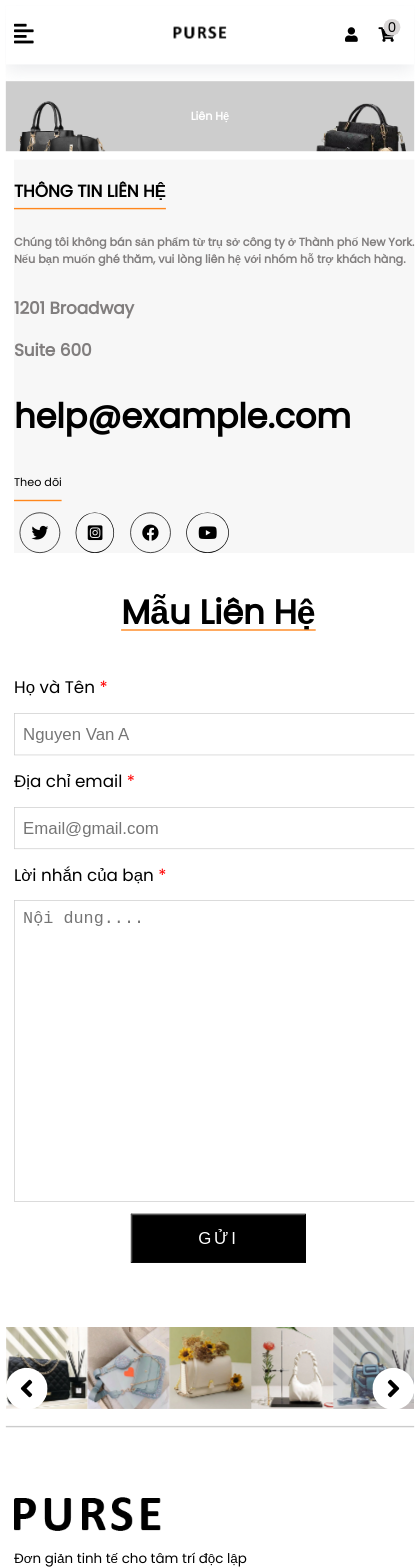
Repository: minh352623/project_firebase
Page: contact.html
An editor plug-in stored every save of this project. The page is shown before and after the next save, followed by the edit.
The browser window is 600 px wide. The pictures show the part of the page from y = 0 to 2240 px (the page is 3164 px tall before and 3188 px after), at 70% of full size.
Some web libraries are served in a nearby version.

Above is the page before, as saved 2022-05-12 20:16:31.

### contact.html
<!DOCTYPE html>
<html lang="en">

<head>
  <meta charset="UTF-8" />
  <meta http-equiv="X-UA-Compatible" content="IE=edge" />
  <meta name="viewport" content="width=device-width, initial-scale=1.0" />
  <link rel="icon" href="./assets/img/logo.webp">

  <link rel="stylesheet" href="https://cdnjs.cloudflare.com/ajax/libs/font-awesome/5.15.4/css/all.min.css"
    integrity="sha512-1ycn6IcaQQ40/MKBW2W4Rhis/DbILU74C1vSrLJxCq57o941Ym01SwNsOMqvEBFlcgUa6xLiPY/NS5R+E6ztJQ=="
    crossorigin="anonymous" referrerpolicy="no-referrer" />
  <link rel="preconnect" href="https://fonts.googleapis.com" />
  <link rel="preconnect" href="https://fonts.gstatic.com" crossorigin />
  <link href="https://fonts.googleapis.com/css2?family=Poppins&display=swap" rel="stylesheet" />
  <link rel="stylesheet" href="./assets/css/base.css" />
  <link rel="stylesheet" type="text/css" href="https://cdn.jsdelivr.net/npm/slick-carousel@1.8.1/slick/slick.css" />
  <link rel="stylesheet" href="./assets/css/main.css" />
  <link rel="stylesheet" href="./assets/css/contact.css">
  <link rel="stylesheet" href="./assets/css/reponsive.css">

  <title>Liên Hệ</title>
</head>

<body>
  <div class="app">
    <div class="header">
      <div class="navbar">
        <div class="icon-mobile-menu">
          <i class="fas fa-align-left"></i>
        </div>
        <div class="navbar-logo">
          <a href="#">
            <img src="./assets/img/logo.webp" alt="" />
          </a>
        </div>
        <div class="navbar-link ">
          <ul class="navbar-link-list">
            <li class="navbar-link-item mobile-hello"></li>

            <li><a href="trangchu.html" class="navbar-link-item">Trang Chủ</a></li>
            <li><a href="introduce.html" class="navbar-link-item">Giới Thiệu</a></li>
            <li class="link-hover">
              <a href="./product.html" class="navbar-link-item">Sản Phẩm<i class="fas fa-angle-down"></i></a>
              <ul class="product-selsect">
                <li><a href="">Yêu Thích</a></li>
                <li><a href="">Giảm Giá</a></li>
              </ul>
            </li>
            <li><a href="contact.html" class="navbar-link-item">Liên Hệ</a></li>
            <li><a href="" class="navbar-link-item">Thanh Toán</a></li>
            <li><a href="./register.html" class="navbar-link-item delete-log mobile-register">Đăng ký</a></li>
            <li><a href="./index.html" class="navbar-link-item delete-log mobile-login">Đăng nhập</a></li>
            <li><a href="./index.html" class="navbar-link-item mobile-exit">Thoát</a></li>
          </ul>
        </div>

        <div class="navbar-icon">
          <div class="navbar-log">
            <div class="log-in">
              <span>
                <a class="log-in-icon" href="./index.html">
                  Đăng nhập
                </a>
              </span>
            </div>
            <div class="register">
              <span class="register-char">/</span>
              <span><a class="register-icon" href="./register.html">Đăng ký</a></span>
            </div>
          </div>
          <div class="hello ">
            <span>Chào!</span>
            <span class="name-user "></span>
            <span >|</span>
            <a href="./index.html" class="exit">Thoát</a>
          </div>
          <div class="navbar-icon-list">
            <a href="./user.html " class="navbar-icon-item user-icon">
              <i class="fas fa-user"></i>
            </a>
            <span class="navbar-icon-item cart">
              <i class="fas fa-cart-plus"></i>
              <span class="quantity-item">0</span>

            </span>
            <span class="navbar-icon-item search">
              <i class="fas fa-search"></i>
            </span>
          </div>
        </div>
      </div>
    </div>

    <div class="main">
      <div class="contact-banner">
        <h2 class="contact-title">
          Liên Hệ
        </h2>
        <div class="contact-link none">
          <span>Trang chủ</span>
          <span>></span>
          <span>Liên hệ</span>

        </div>
      </div>
      <div class="contact-container">
        <div class="contact-top">
          <div class="contact-top__layout">
            <div class="contact-info">
              <h2 class="contact-info-border">THÔNG TIN LIÊN HỆ</h2>
              <p class="contact-content">Chúng tôi không bán sản phẩm từ trụ sở công ty
                ở Thành phố New York. Nếu bạn muốn ghé thăm, vui lòng liên hệ với nhóm hỗ trợ khách hàng.</p>
              <div>

                <p>1201 Broadway</p>
                <p> Suite 600</p>
              </div>
              <h2 class="contact-email">help@example.com</h2>
              <p class="contact-info-border">Theo dõi</p>

              <div class="contact-info__icon">
                <span class="contact-info__icon-tw">
                  <i class="fab fa-twitter"></i>
                </span>
                <span class="contact-info__icon-insta">
                  <i class="fab fa-instagram-square"></i>
                </span>
                <span class="contact-info__icon-face">
                  <i class="fab fa-facebook"></i>
                </span>
                <span class="contact-info__icon-youtube">
                  <i class="fab fa-youtube"></i>
                </span>
              </div>


            </div>
            <div class="contact-images ">
              <img src="./assets/img/contact/contact-bn2.png" alt="">
            </div>
          </div>

        </div>
        <div class="contact-form">
          <h1>Mẫu Liên Hệ</h1>
          <form class="contact-form-content">
            <div class="contact-form-content-top">
              <div class="contact-form-content-left">
                <div class="contact-form-content-item">
                  <p>Họ và Tên</p>
                  <span>*</span>
                </div>
                <input required type="text" placeholder="Nguyen Van A">
              </div>
              <div class="contact-form-content-right">
                <div class="contact-form-content-item">
                  <p>Địa chỉ email</p>
                  <span>*</span>
                </div>
                <input required type="email" placeholder="Email@gmail.com">
              </div>
            </div>
            <div class="contact-form-content-bot">
              <div class="contact-form-content-item">
                <p>Lời nhắn của bạn</p>
                <span>*</span>
              </div>
              <textarea required name="" id="" cols="50" rows="15" placeholder="Nội dung...."></textarea>
            </div>
            <div class="contact-form-content-btn">
              <button type="submit">GỬI</button>
            </div>

          </form>
        </div>

      </div>
      <div class="contact-instagram">
        <div class="contact-instagram-list">
          <div class="contact-instagram-list-item">
            <img src="./assets/img/contact/instagram1.webp" alt="">
            <div class="contact-instagram-list-item-hover">
              <i class="fab fa-instagram"></i>
            </div>
          </div>
          <div class="contact-instagram-list-item">
            <img src="./assets/img/contact/instagram2.webp" alt="">
            <div class="contact-instagram-list-item-hover">
              <i class="fab fa-instagram"></i>
            </div>
          </div>
          <div class="contact-instagram-list-item">
            <img src="./assets/img/contact/instagram3.webp" alt="">
            <div class="contact-instagram-list-item-hover">
              <i class="fab fa-instagram"></i>
            </div>
          </div>
          <div class="contact-instagram-list-item">
            <img src="./assets/img/contact/instagram4.webp" alt="">
            <div class="contact-instagram-list-item-hover">
              <i class="fab fa-instagram"></i>
            </div>
          </div>
          <div class="contact-instagram-list-item">
            <img src="./assets/img/contact/instagram5.webp" alt="">
            <div class="contact-instagram-list-item-hover">
              <i class="fab fa-instagram"></i>
            </div>
          </div>
          <div class="contact-instagram-list-item">
            <img src="./assets/img/contact/instagram6.webp" alt="">
            <div class="contact-instagram-list-item-hover">
              <i class="fab fa-instagram"></i>
            </div>
          </div>
          <div class="contact-instagram-list-item">
            <img src="./assets/img/contact/instagram7.webp" alt="">
            <div class="contact-instagram-list-item-hover">
              <i class="fab fa-instagram"></i>
            </div>
          </div>



        </div>


      </div>

    </div>

    <div class="footer">
      <div class="footer-content">
        <div class="footer-content-item">
          <div class="footer-content-img">
            <img src="./assets/img/logo.webp" alt="">
          </div>
          <p>Đơn giản tinh tế cho tâm trí độc lập</p>
          <div class="footer-content-icon">
            <a href="#"><i class="fab fa-twitter"></i></a>
            <a href="#"><i class="fab fa-facebook"></i></a>

            <a href="#"><i class="fab fa-instagram-square"></i></a>

          </div>
        </div>
        <div class="footer-content-item">
          <div class="footer-content-item-title">
            <span>Trợ Giúp & Thông Tin</span>
            <ul class="footer-content-item-list">
              <li>Hướng dẫn mua hàng</li>
              <li>Hướng dẫn thanh toán</li>
              <li>Chính sách bảo hành</li>
              <li>Chính sách đổi trả</li>
              <li>Tư vấn khách hàng</li>
            </ul>
          </div>
        </div>
        <div class="footer-content-item">
          <div class="footer-content-item-title">
            <span>Về Chúng Tôi</span>
            <ul class="footer-content-item-list">
              <li>Giới thiệu</li>
              <li>Tin khuyến mãi</li>
              <li>Liên hệ</li>
              <li>Địa chỉ cửa hàng</li>
              <li>Chính sách bảo mật </li>
            </ul>
          </div>
        </div>
        <div class="footer-content-item">
          <div class="footer-content-item-title">
            <span>Hỗ trợ khách hàng</span>
            <ul class="footer-content-item-list">
              <li>Tài khoản</li>
              <li>Giỏ hàng</li>
              <li>Thanh toán</li>
              <li>Kiểm tra đơn hàng</li>
              <li>Cảm nhận khách hàng</li>
            </ul>
          </div>
        </div>

      </div>



    </div>
  </div>
  <div class="model-cart ">
    <div class="cart-container">
      <div class="cart-top">
        <div class="clear cart-top-close">
          <i class="fas fa-times"></i>
        </div>
        <div class="cart-top-title">
          <span>Giỏ Hàng</span>
        </div>
        <div class="cart-top-quantity">
          <span>1</span>
        </div>

      </div>

      <div class="array-empty"></div>
      <div class="cart-center">
      </div>

      <div class="cart-bottom">
        <div class="cart-bottom-price">
          <span>Tổng tiền:</span>
          <span class="total-price">0</span>
        </div>

        <div class="cart-bottom-btn">
          <a href="#"> <button>Xem giỏ hàng</button></a>
          <a href="#"> <button>Thanh toán</button></a>

        </div>
      </div>
    </div>

  </div>

  <script type="text/javascript" src="https://code.jquery.com/jquery-1.11.0.min.js"></script>
  <script type="text/javascript" src="https://code.jquery.com/jquery-migrate-1.2.1.min.js"></script>
  <script type="text/javascript" src="https://cdn.jsdelivr.net/npm/slick-carousel@1.8.1/slick/slick.min.js"></script>
  <script src="./js/slick.js"></script>
  <script src="./js/main.js" type="module"></script>
  <script src="./js/user.js"></script>

</body>

</html>

### assets/css/base.css
:root{
    --background-main:#e4e4e4;
    --hover-color:#ff871d ;
    --white-color:#fff;
    --text-color: #000;

}

*{
    box-sizing:  border-box;
}

html{
    /* 16px */
    font-size: 100%;
    line-height: 1.6rem;
    font-family: 'Poppins', sans-serif;
    scroll-behavior: smooth;
}

### assets/css/contact.css
.contact-banner{
    background-image: url('../img/contact/contact-bn1.png');
    background-size: contain;
    height: 60vh;
    display: flex;
    flex-direction: column;
    justify-content: center;
    align-items: center;
}

.contact-title {
    color: #fff;
    font-size: 3rem;
}
.contact-link {
    font-size: 1.5rem;
    color: #fff;


}
.contact-container{

    width: 80%;
    margin: 24px auto;
}
.contact-top{
    display: flex;
    justify-content: center;
}
.contact-top__layout{
    display: grid;
    grid-template-columns: 1fr 1fr;
    background-color: #f7f7f7;
    padding: 8px;
}
.contact-info{
    padding: 0 30px;
    display: flex;
    flex-direction: column;
    justify-content: space-between;

}

.contact-images img{
    width: 100%;
    height: 100%;
    object-fit: cover;
}
.contact-info >div,
.contact-content{
    font-weight: 600;
    color: rgb(129, 126, 126);
    font-size: 1.5rem;
    line-height: 1.5;

}
.contact-email{
    font-size: 3rem;
}
.contact-info > p:nth-child(2){
    font-size: 1.4rem;
}


.contact-info__icon i{
    margin: 0 8px;
    padding: 16px;
    border: 1px solid #000;
    border-radius:50%;
    color: #000;
    cursor: pointer;

}
.contact-info__icon i:hover{
    background-color: var(--hover-color);
    color: var(--white-color)
}
.contact-form h1,
.contact-info-border{
    border-bottom: 2px solid #ff871d;
    display: inline;
    width: fit-content;
    padding: 12px 0;
}

.contact-form{
    display: flex;
    flex-direction: column;
    margin: 48px 0;
}
.contact-form h1{
    text-align: center;
    margin: 12px auto;
    font-size:3rem;
}
.contact-form-content{
    margin: 32px 0;
    font-size: 1.5rem;
}
.contact-form-content-top{
    display: grid;
    grid-template-columns: 1fr 1fr;
    grid-gap: 0 24px;
}

.contact-form-content-right input,
.contact-form-content-left input{
    width: 100%;
    height: 60px;
    font-size: 1.5rem;
    padding: 12px;
    border:1px solid #ccc;
}

.contact-form-content-bot textarea{
    width: 100%;
    resize: none;
    font-size: 1.5rem;
    padding: 12px;
    border-color: #ccc;

}
.contact-form-content-item p{
  display: inline-block;
}
.contact-form-content-item span{
    color: red;
    font-size: 1.5rem;
}

.contact-form-content-btn{
    text-align: center;
    padding: 12px;

}
.contact-form-content-btn button{
    width: 250px;
    height: 70px;
    font-size: 1.5rem;
    color: var(--white-color);
    background-color: var(--text-color);
    letter-spacing: 4px;
    cursor: pointer;
}
.contact-form-content-btn button:hover{
    background-color: var(--hover-color);
    border: 0;
}


.contact-instagram-list-item{
    position: relative;
    display: grid;
    grid-template-columns: repeat(4, 1fr);
    overflow: hidden;
}
.contact-instagram-list-item img{
    width: 100%;
    transition: all 0.6s ease;
    object-fit: cover;
}
.contact-instagram-list-item-hover{
    position: absolute;
    top: 0;
    left: 0;
    bottom: 0;
    right: 0;
    display: flex;
    justify-content: center;
    align-items: center;
    color: var(--white-color);
    font-size: 3rem;
    background-color: rgba(0, 0, 0, 0.6);
    visibility: hidden;
    opacity: 0;
    transition: all 1s ease;

}
.contact-instagram-list-item:hover img {
    transform: scale(1.2);
}

.contact-instagram-list-item:hover .contact-instagram-list-item-hover{
 visibility: visible;
 opacity: 1;

}
.user-icon{
    text-decoration: none;
    color: #000;
}

### assets/css/reponsive.css

@media (min-width: 740px) and (max-width: 1023px){

}
/* mobile */
@media  (max-width: 739px){
    .navbar-logo img {
        width: 75px;
    }
    .search {
        display: none;
    }
    .navbar-link {
        position: fixed;
        background-color: rgba(0, 0, 0, 0.4);
        z-index: 999;
        top: 0;
        bottom: 0;
        right: 0;
        left: 0;
        visibility: hidden;


    }
    .navbar-link.active{
        visibility: visible;
    }
    .navbar-link.active .navbar-link-list{
        transform: translateX(0);
        opacity: 1;
    }
    .navbar-link-list{
        position: absolute;
        background-color: #fff;
        top: 0;
        left: 0;
        bottom: 0;
        flex-direction: column;
        margin-top: 0;
        box-shadow: rgba(149, 157, 165, 0.2) 0px 8px 24px;
        width: 300px;
        transform: translateX(-100%);
        opacity: 0;
        transition: all 0.5s ease;
    }
    .navbar-link-list li{


        border-bottom: 0.5px solid #999;
    }

    .navbar-link-list li a{
        text-align: left;

        padding: 8px;
        margin: 20px 0;
        display: flex;
        font-size: 1.2rem;
        text-transform: uppercase;
    }
    .navbar-log{
        display: none;
    }
    .icon-mobile-menu {
        display: block;
        margin-right: 50px;
    }
    .main-banner{
        grid-template-columns: repeat(1,1fr);
        grid-gap:12px 0
    }
    .main-conent{
        display: none;
    }
    .main-product {
        grid-template-columns: repeat(1,1fr);
        overflow-y: auto;
    }
    .main-time{
        display: none;
    }
    .none{
        display: none;
    }
    .main-blog-list{
        grid-template-columns: 1fr;
    }
    .footer-content{
        grid-template-columns: repeat(1,1fr);
    }


    /* Introduce */
    .contact-banner{
        background-repeat: no-repeat;
        height: 100px;
        width: 100%;
        background-size: cover;
    }
    .contact-title{
        font-size: 1rem;


    }
    .main-content{
        width: 100%;
    }
    .main-content-text{
        padding: 0;
    }
    .main-content-item{
        grid-template-columns: repeat(1,1fr);
    }
    .main-content .main-content-item:nth-child(2){
        display: flex;
        flex-direction: column-reverse;
    }

    .page-product{
        grid-template-columns: repeat(2 ,1fr);
    }
    .contact-top__layout{
    display: grid;
    grid-template-columns: repeat(1,1fr);
    grid-gap:12px 0

    }
    .contact-container{
        width: 100%;
        margin: 12px;
    }
    .contact-top{
        margin-top: 12px;
        width: fit-content;
    }
    .contact-top__layout,
    .contact-info{
        padding: 0;
    }
    .contact-form-content{
        display: grid;
        grid-template-columns: repeat(1,1fr);
    }
    .contact-form-content-top{
        grid-template-columns: repeat(1,1fr);
    }
    .cart-container{
        width: 80%;
    }
    .contact-images {
        display: none;
    }

    /* login */
    .main{
        width: 100%;
    }
    .main-login form{
        grid-template-columns: repeat(1, 1fr);
    }
    .main-login{
        width: 100%;
        margin: 0;
    }

    .main-login-item input{
        width: 100%;
    }
    .main-register,
    .mess{
        width: 100%;
    }
    .main-register form{
        grid-template-columns: repeat(1,1fr);
    }
    .main-register-item input{
        width: 100%;
    }
    .hello{
        display: none;
    }
    .mobile-heollo,
    .delete-log,
    .mobile-exit{
        display: block;
    }

    /* contact */
    .contact-info > p:nth-child(2){
        font-size: 1rem;
    }
    .contact-top__layout, .contact-info{
        width: 100%;
    }
}

Loaded but not shown: js/main.js (210 lines, source omitted); js/data.js (167 lines, source omitted); js/user.js (50 lines, source omitted); js/slick.js (33 lines, source omitted); assets/css/main.css (640 lines, source omitted)

After the next save:
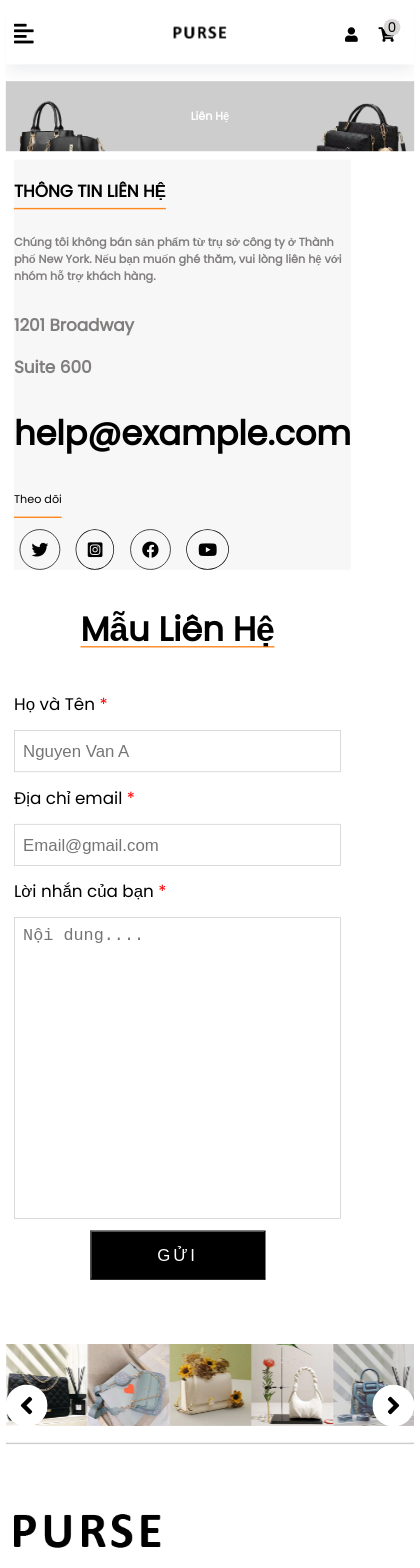
Saved 69 s later.
--- a/assets/css/reponsive.css
+++ b/assets/css/reponsive.css
@@ -126,7 +126,7 @@
 
     }
     .contact-container{
-        width: 100%;
+        width: 80%;
         margin: 12px;
     }
     .contact-top{
